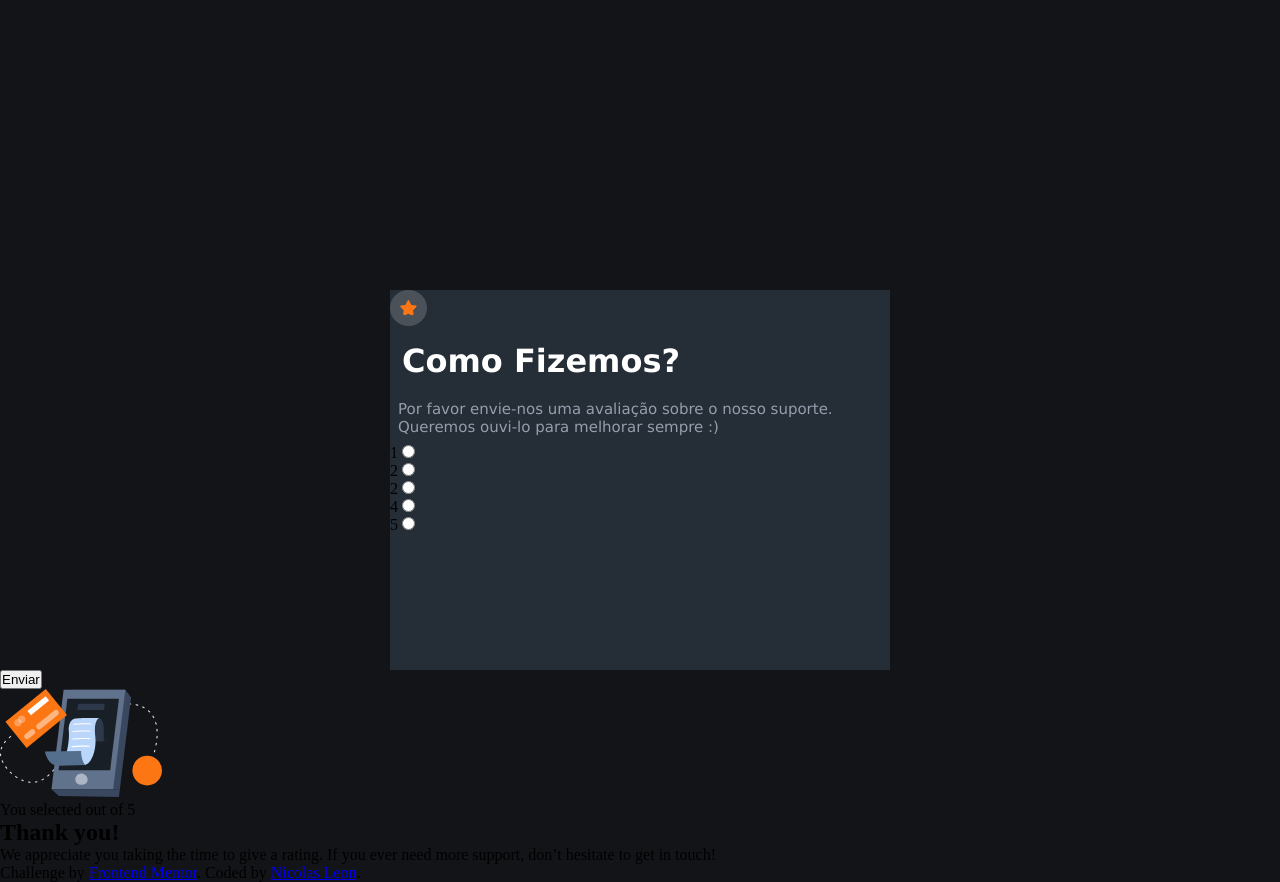
Repository: Leonngc/projeto-avaliacao
Page: index.html
An editor plug-in stored every save of this project. The page is shown before and after the next save, followed by the edit.
The browser window is 1280 px wide. The pictures show the whole page.

Above is the page before, as saved 2023-01-29 20:32:23.
Console error: SyntaxError: Unexpected token ')'

After the next save:
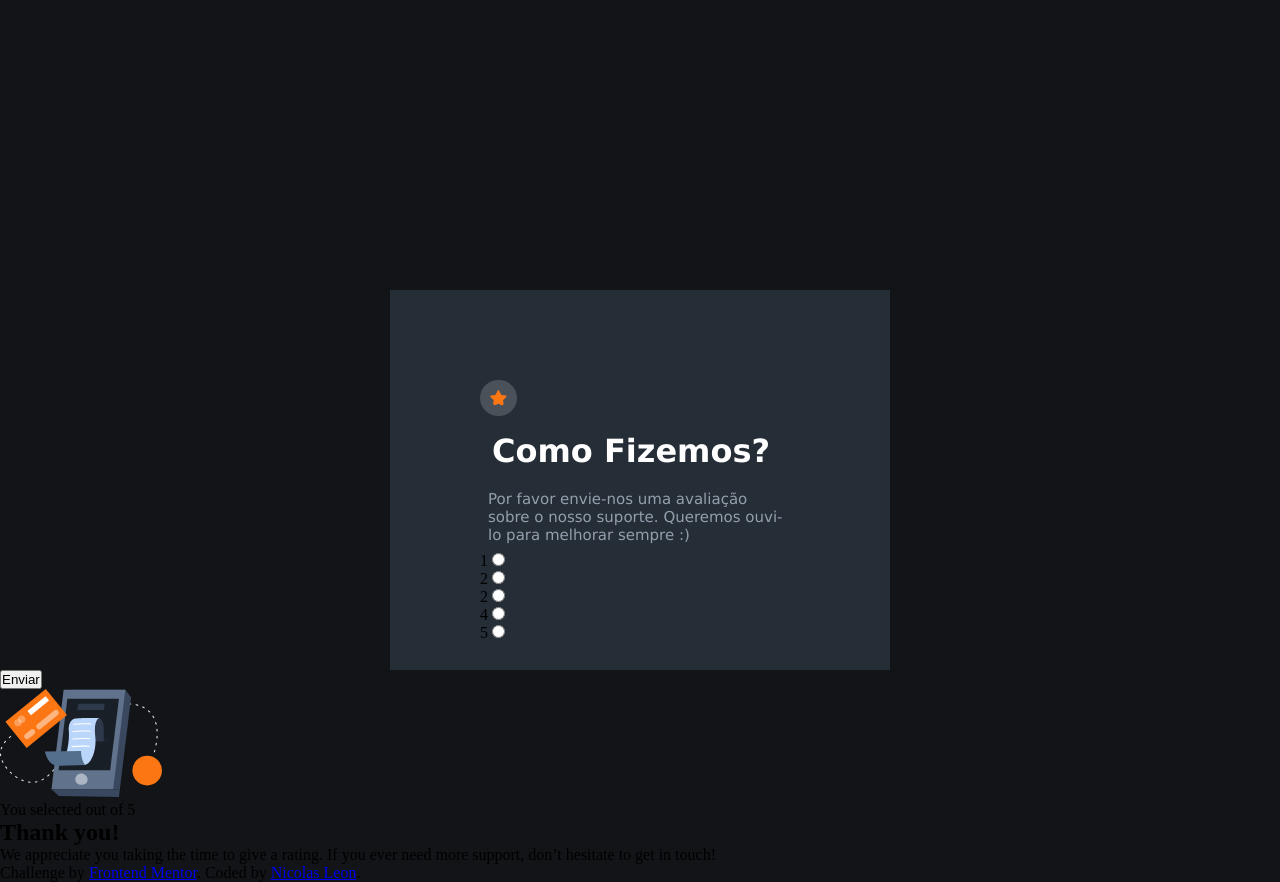
Saved 4 s later.
--- a/styles/style.css
+++ b/styles/style.css
@@ -21,7 +21,7 @@ body{
   height: 380px;
   margin: auto;
   margin-top: 290px;
-  padding: ;
+  padding: 90px;
 }
 
 .ratting{
